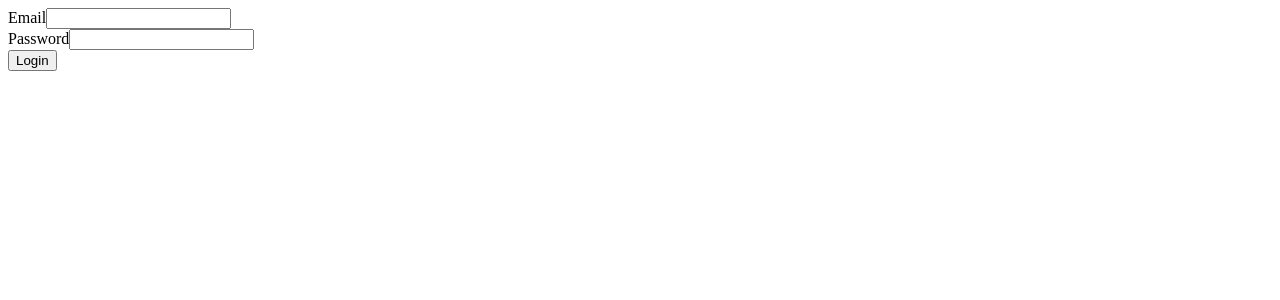
Repository: zshafi01/LearnerAcadamy
Page: http://localhost/LearnerAcadamy/login.jsp
An editor plug-in stored every save of this project. The page is shown before and after the next save, followed by the edit.
The browser window is 1280 px wide. The pictures show the whole page.
The page is served by Tomcat 9. Other server files are loaded and not shown.

Above is the page before, as saved 2021-02-03 03:13:02.

### LearnerAcadamy/WebContent/login.jsp
<%@ page language="java" contentType="text/html; charset=ISO-8859-1"
    pageEncoding="ISO-8859-1"%>
<!DOCTYPE html>
<html>
<head>
<meta charset="ISO-8859-1">
<title>Insert title here</title>
</head>
<body>
<form method="post" action="loginHandle">

Email<input type="email" name="email"><br/>
Password<input type="password" name="password"><br/>


<input type="submit" value="Login">
</form>

</body>
</html>

### LearnerAcadamy/WebContent/header.jsp

<div>
<a href="user.jsp">Sign Up</a>  <a href="login.jsp">Log In</a>
<hr>
</div>

### LearnerAcadamy/WebContent/footer.jsp
<div>
<hr>
Learners Acadamy
</div>

After the next save:
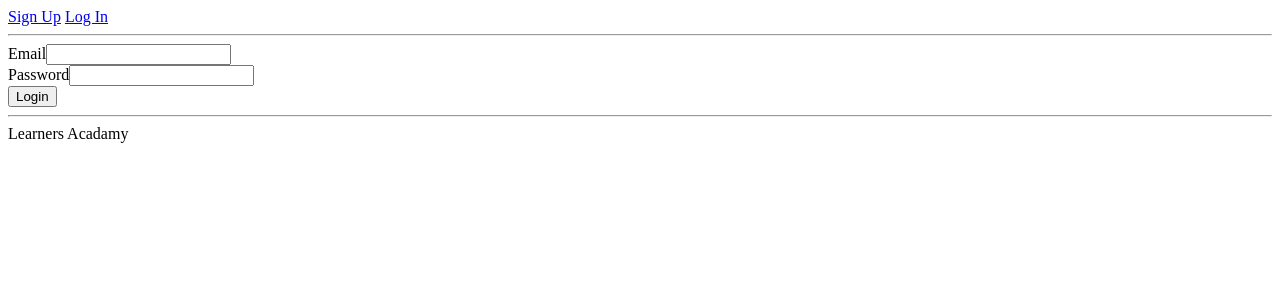
Saved 3 min 11 s later.
--- a/LearnerAcadamy/WebContent/login.jsp
+++ b/LearnerAcadamy/WebContent/login.jsp
@@ -7,6 +7,14 @@
 <title>Insert title here</title>
 </head>
 <body>
+<div class="container">
+
+
+<div>
+<%@ include file="header.jsp" %>
+</div>
+
+<div>
 <form method="post" action="loginHandle">
 
 Email<input type="email" name="email"><br/>
@@ -15,6 +23,14 @@ Password<input type="password" name="password"><br/>
 
 <input type="submit" value="Login">
 </form>
+</div>
+
+<div>
+<%@ include file="footer.jsp" %>
+</div>
+
+</div>
+
 
 </body>
 </html>
